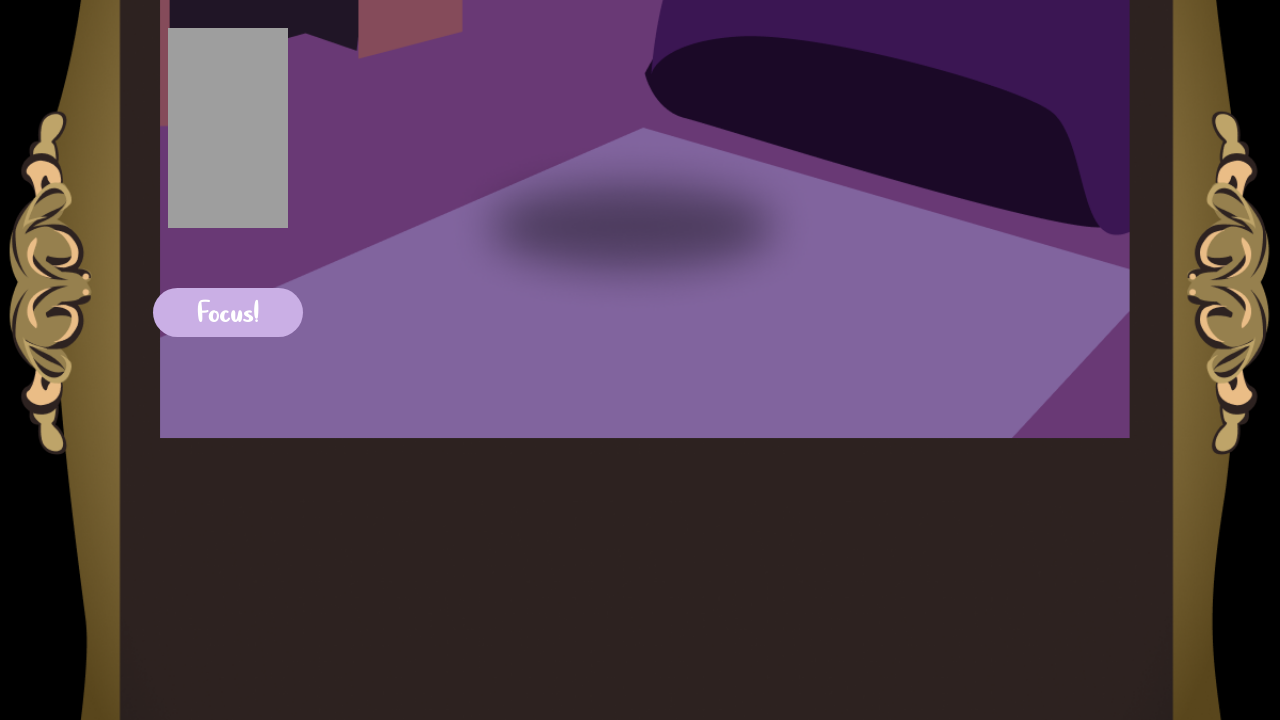
Repository: zhangolivia7/Little-Witch-Alcove
Page: popup.html
These files come from the project's save history. The page is drawn as it stood at one moment and after the next save; the edit follows.
The browser window is 1280 px wide. The pictures show the whole page.
Pictures or frames that could not be fetched are drawn as grey boxes.

Above is the page before, as saved 2025-11-15 16:24:38.

After the next save:
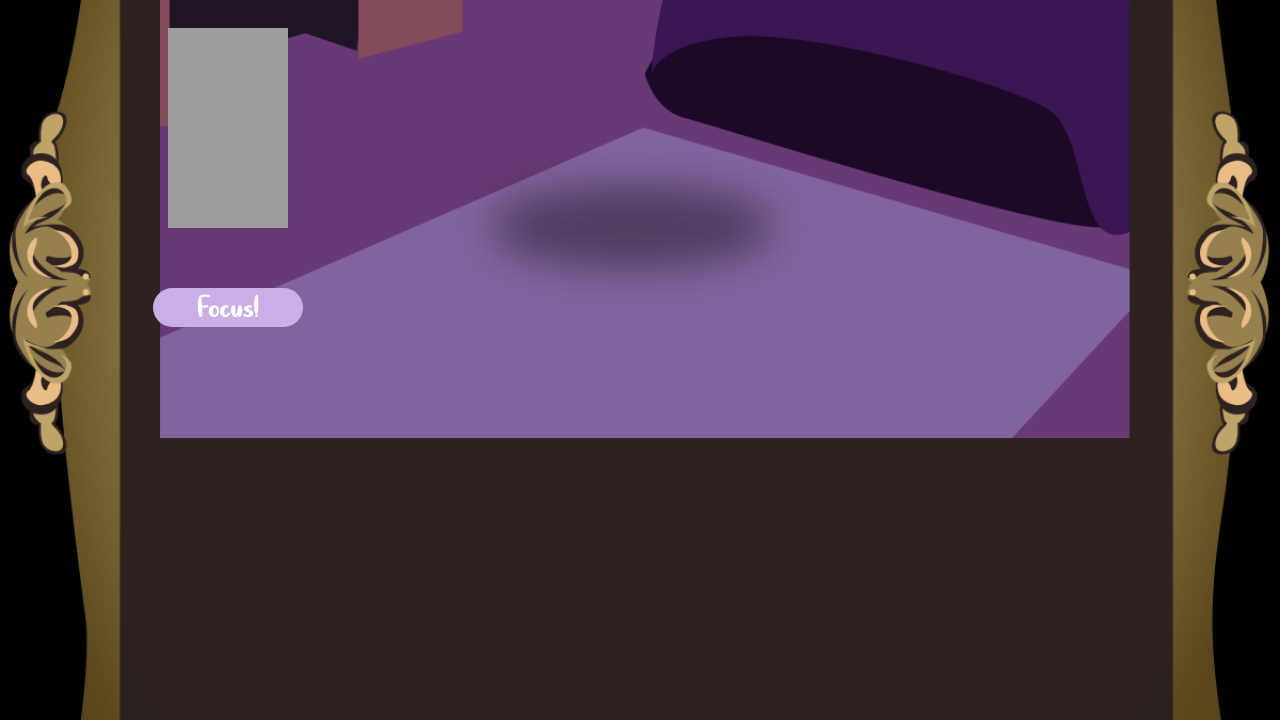
Saved 16 s later.
--- a/popup.css
+++ b/popup.css
@@ -23,7 +23,7 @@ body {
   #focus-btn {
     width: 150px;
     margin: 60px auto 0 auto;
-    padding: 10px 5px 5px 5px;
+    padding: 5px 2px 0px 2px;
     border-radius: 25px;
     background: #CAAFE5;
     color: white;
